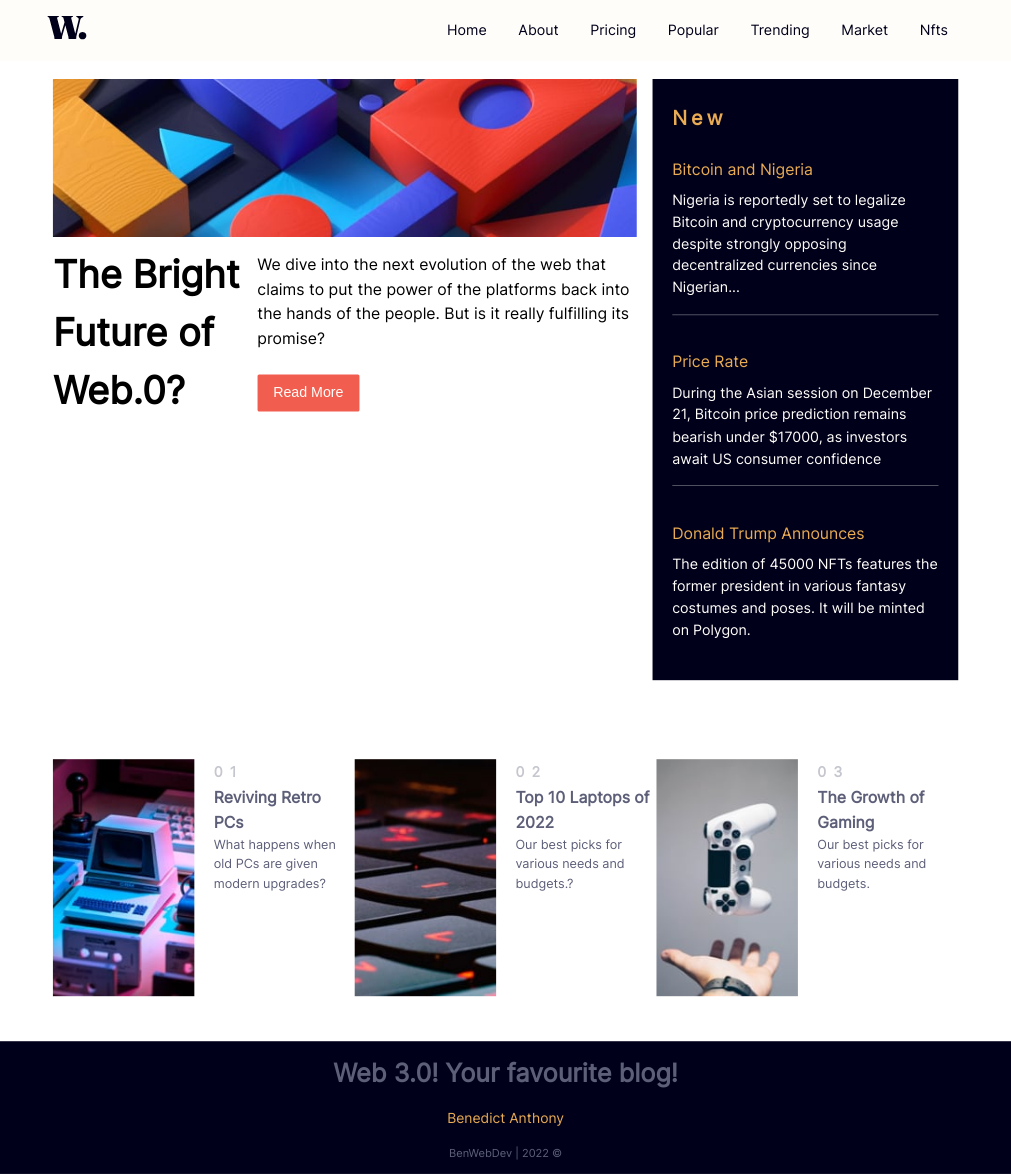
Repository: Benedict-Anthony/web3.0-blog-chain
Page: /
These files come from the project's save history. The page is drawn as it stood at one moment and after the next save; the edit follows.
The browser window is 1280 px wide. The pictures show the whole page, at 79% of full size.
The project was rebuilt for these pictures with package versions that can differ from the ones it lists, and the page was loaded fresh each time. The framework's server and built-in components were replaced by stand-ins that run in the browser. Also part of the build but not shown: next.config.js, styles/styles.css.

Above is the page before, as saved 2022-12-23 01:36:45.

### pages/_app.tsx
import '../styles/globals.scss'
import type { AppProps } from 'next/app'
import NavBar from '../components/NavBar'
import "@/styles/styles.css"
import { Footer } from 'components/Footer'
export default function App({ Component, pageProps }: AppProps) {
  return (
    <>
      <NavBar />
      <Component {...pageProps} />
      <Footer/>
    </>
  )
}

### pages/index.tsx
import Showcase from 'components/Showcase'
import Features from 'components/Features'
import Head from 'next/head'
import Image from 'next/image'
import styles from '../styles/Home.module.scss'
import Layout from 'components/Layout'


export default function Home() {
  return (

      <Layout title='Web 3.0 | Welcome' description='Web 3.0, latest cryptocurrency news and market data' keyword='Blockchain, coins, cryptocurrency, blog, bitcoin'>
        <Showcase/>
        <Features/>
      </Layout>

  )
}

### styles/globals.scss
:root{
  --SoftOrange: hsl(35, 77%, 62%);
  --SoftRed: hsl(5, 85%, 63%);

  --Red: hsl(0, 78%, 62%);
  --Cyan: hsl(180, 62%, 55%);
  --Orange: hsl(34, 97%, 64%);
  --Blue: hsl(212, 86%, 64%);

  --OffWhite: hsl(36, 100%, 99%);
  --GrayishBlue: hsl(233, 8%, 79%);
  --DarkGrayishBlue: hsl(236, 13%, 42%);
  --VeryDarkBlue: hsl(240, 100%, 5%);
}

@font-face{
  font-family: "Inter";
  src: url("/landing/assets/fonts/static/inter-Bold.ttf");
  src: url("/landing/assets/fonts/static/inter-ExtraBold.ttf");
  src: url("/landing/assets/fonts/static/inter-Regular.ttf");
}

*::after, *::before, *{
  padding: 0;
  margin: 0;
  box-sizing: border-box;
  transition: all .3s ease;
  line-height: 1.54em;
}


ul,li{
  list-style: none;
}

html{
  scroll-behavior: smooth;
}

body{
  font-family: "Inter";
}

.swiper {
    overflow: visible;
}

### components/NavBar.tsx
import React, { useEffect } from 'react'
import {useState} from "react"
import Image from 'next/image'
import Link from 'next/link';
import NavBarStyles from "@/styles/navBar.module.scss";
import { useRouter } from 'next/router';

const NavBar = () => {
  const [mobileActive, setMobileActive] = useState(false)
  const route = useRouter()

  useEffect(() => {
    setMobileActive(false)
  }, [route.pathname])
  return (

        <header className={NavBarStyles.header}>
          <nav className={NavBarStyles.nav}>
               <div className="logo">
                <Image src="/landing/assets/images/logo.svg" alt="" width={50} height={30} />
              </div>

              <ul style={{
                right: mobileActive ? "0" : "calc(100vw + 50px)"
              }}>
                  <li><Link href={"/"}>Home</Link></li>
                  <li><Link href={"/about"}>About</Link></li>
                  <li><Link href={"/pricing"}>Pricing</Link></li>
                  <li><Link href={"/popular"}>Popular</Link></li>
                  <li><Link href={"/trending"}>Trending</Link></li>
                  <li><Link href={"/market"}>Market</Link></li>
                  <li><Link href={"/nft"}>Nfts</Link></li>

              </ul>

                  <div className={NavBarStyles.toggler} onClick={() => setMobileActive(!mobileActive)}>
                      <Image src={`/landing/assets/images/${mobileActive ? "icon-menu-close.svg" : "icon-menu.svg"}`} alt="" width={25} height={20} />
            </div>

         </nav>
    </header>

  )
}

export default NavBar

### components/Footer.tsx
import React from 'react'
import Footerstyles from "@/styles/Footer.module.scss"
export const Footer = () => {
    const year = new Date().getFullYear()
  return (
    <footer className={Footerstyles.footer}>
        <h3>Web 3.0! Your favourite blog!</h3>
          <p>Benedict Anthony</p>
          <div>BenWebDev | { year} &copy;</div>
    </footer>
  )
}

### components/Showcase.tsx
import React from 'react'
import Image from 'next/image';
import ShowCaseStyles from "@/styles/showcase.module.scss"
import UtilsStyles from "@/styles/Utils.module.scss";
import Button from './Button';
import Link from 'next/link';


const Showcase = () => {
  return (
    <section>
          <div className={ShowCaseStyles.showcase}>
              <main className={ShowCaseStyles.main}>
                  <div className={ShowCaseStyles.showcaseImage}>
                      {/* <img src={} alt=""  /> */}
                  </div>
                  <article className={ShowCaseStyles.article}>
                      <h1>The Bright <br /> Future of <br /> Web.0?</h1>
                      <div>
                          <p>  We dive into the next evolution of the web that claims to put the power of the platforms back into the hands of the people.
                But is it really fulfilling its promise?</p>
                  <Link href={"/trending"}>
                      <Button title={"Read more"} />
                  </Link>
                      </div>
                  </article>
              </main>
              <aside className={ShowCaseStyles.aside}>
                  <h3>New</h3>

                  <div>
                      <article>
                        <h2>Bitcoin and Nigeria</h2>
                        <p>Nigeria is reportedly set to legalize Bitcoin and cryptocurrency usage despite strongly opposing decentralized currencies since Nigerian...</p>
                      </article>

                      <article>
                        <h2>Price Rate</h2>
                        <p>During the Asian session on December 21, Bitcoin price prediction remains bearish under $17000, as investors await US consumer confidence</p>
                      </article>

                      <article>
                        <h2>Donald Trump Announces </h2>
                        <p> The edition of 45000 NFTs features the former president in various fantasy costumes and poses. It will be minted on Polygon.</p>
                    </article>
                  </div>
              </aside>
          </div>
    </section>
  )
}

export default Showcase

### components/Features.tsx
import React from 'react'
import UtilsStyles from "@/styles/Utils.module.scss";
import FeatureStyles from "@/styles/Feature.module.scss"
import Image from 'next/image';

const Features = () => {
  return (
      <section className={UtilsStyles.spaceY}>
          <div className={FeatureStyles.features}>
              <article className={FeatureStyles.article}>
                  <div>
                    <Image width={300} height={300} objectFit="cover" src="/landing/assets/images/image-retro-pcs.jpg" alt="" />
                  </div>
                  <div>
                      <h4>01</h4>
                      <h2>Reviving Retro PCs</h2>
                      <p>What happens when old PCs are given modern upgrades?</p>
                  </div>
              </article>

              <article className={FeatureStyles.article}>
                  <div>
                    <Image width={300} height={300} objectFit="cover" src="/landing/assets/images/image-top-laptops.jpg" alt="" />
                  </div>
                  <div>
                      <h4>02</h4>
                      <h2>Top 10 Laptops of 2022</h2>
                      <p>Our best picks for various needs and budgets.?</p>
                  </div>
              </article >

              <article className={FeatureStyles.article}>
                  <div>
                    <Image width={300} height={300} objectFit="cover" src="/landing/assets/images/image-gaming-growth.jpg" alt="" />
                  </div>
                  <div>
                      <h4>03</h4>
                      <h2>The Growth of Gaming</h2>
                      <p>Our best picks for various needs and budgets.</p>
                  </div>
              </article>
          </div>
      </section>
  )
}

export default Features

### components/Layout.tsx
import React, { FC } from 'react'
import UtilsStyles from "@/styles/Utils.module.scss";
import {ReactNode} from "react"
import  Head  from 'next/head';

type layoutProps = {
  children: ReactNode,
  title: string
  description: string
  keyword: string
}
const Layout = ({children, title, description, keyword}:layoutProps) => {
  return (
    <>

      <Head>
        <title>{title}</title>
        <meta name='description' content={description} />
        <meta name='keywords' content={keyword} />
    </Head>
    <main className={UtilsStyles.container}>
      <section className={UtilsStyles.spaceY}>
        {children}
      </section>
      </main>
    </>
  )
}

export default Layout

### styles/navBar.module.scss
.header{
    position: fixed;
    top: 0;
    right: 0;
    left: 0;
    // max-width: 1160px;
    margin: 0 auto;
    padding: 20px;
     background-color: var(--OffWhite);
     z-index:10;
    //  box-shadow:  2px 1px 3px var(--DarkGrayishBlue);
}

.nav{
    display: flex;
    justify-content: space-between;
    align-items: center;
     max-width: 1160px;
    margin: 0 auto;

    .logo{
        width: 50px;
    }

    ul{
        display: flex;
        align-items: center;
        justify-content: space-between;

        li{
            margin: 0 20px;

            a{
                text-decoration: none;
                font-size: 18px;
                color: var(--VeryDarkBlue);
                font-family: "Inter";
                font-weight: 400;
                &:hover{
                    color: var(--SoftRed);
                    cursor: pointer;
                }
            }
        }
    }

    @media(max-width:767px) {
        ul{
            position: absolute;
            top: 0;
            width: 80%;
            background-color: var(--OffWhite);
            box-shadow: 2px 2px 3px var(--DarkGrayishBlue);
            height: 100vh;
            flex-flow: column;
            justify-content: center;
            align-items: flex-start;
            padding-left: 10px;

            li{
                margin: 20px 0;

                a{
                    font-size: 22px;
                }
            }

        }


    }
}



.toggler{
        display: none;


        @media(max-width:767px) {
            display: block;
            z-index: 10;
        }
    }

### styles/Footer.module.scss
.footer{
    display: flex;
    align-items: center;
    justify-content: center;
    flex-direction: column;
    gap: 20px;
    padding: 15px 5px;
    color: var(--DarkGrayishBlue);
    background-color: var(--VeryDarkBlue);
    margin-top: 30px;
    text-align: center;

    h3{
        // color:var(--Blue);
        font-size: 2rem;
    }
    p{
        color: var(--SoftOrange);
        font-size: 1.1rem;
    }

    div{
        // color: var(--SoftOrange);
        font-size: 14px;
    }
}

### styles/showcase.module.scss
.showcase{
    margin-top: 20px;
    display: flex;
    align-items: flex-start;
    justify-content: center;
    column-gap: 20px;


    @media(max-width:1160px){
        flex-direction: column;
    }
}

.main{
    display: flex;
    flex-flow: column;
    justify-content: center;
    align-items: flex-start;
    gap: 10px;
    width: 100%;


}

.showcaseImage{
    width: 100%;
    min-height: 200px;
    background:url("/landing/assets/images/image-web-3-mobile.jpg") no-repeat center/cover;

    img{
        width: 100%;
    }
}

.article{
    display: flex;
    align-items: center;
    justify-content: space-between;
    width: 100%;
    gap: 20px;
    h1{
        font-size: 3rem;
        font-weight: 700;
        width: 100%;
    }

    div{
        display: flex;
        flex-flow: column;
        justify-content: center;
        align-items: flex-start;
        gap: 20px;

        p{
            font-size: 20px;
        }

    }

       @media(max-width:767px){
        flex-direction: column;
        justify-content: center;
        align-items: center;

        padding-bottom: 40px;

        h1{
            font-size: 3rem;
        }
    }
}

.aside{
    width: 50%;
    background-color: var(--VeryDarkBlue);
    padding: 10px 25px;
    color: var(--OffWhite);

    h3{
        color: var(--SoftOrange);
        padding: 20px 0;
        letter-spacing: 5px;
        font-size: 25px;
    }

    div{
        display: flex;
        align-items: flex-start;
        justify-content: space-between;
        flex-direction: column;
        gap: 15px;
        position: relative;

        article{
            margin-bottom: 40px;
            position: relative;

            &::after{
                content: "";
                width: 100%;
                height:.4px;
                margin-top: 2px;
                background-color: var(--OffWhite);
                position: absolute;
                bottom: -20px;
                opacity: .4;
            }

            &:last-child::after{
                display:none;
            }

            h2{
                font-size: 20px;
                padding: 10px 0;
                font-weight: 400;
                color: var(--SoftOrange);
                &:hover{
                    cursor: pointer;
                }
            }

            p{
                font-size: 18px;

            }
        }


    }


    @media(max-width:1160px){
        width: 100%;
        div{
            flex-direction: row;
            gap:0;
            column-gap: 30px;

            article{
                  &::after{
                display: none;
            }
                h2{
                    color:var(--SoftOrange);
                }
            }
        }
    }

    @media(max-width:767px){
        width: 100%;
        div{
            flex-direction: column;
            gap:0;
            column-gap: 30px;

            article{
                  &::after{
               display: block;
            }
                h2{

                    color:var(--SoftOrange);
                    // white-space: nowrap;
                }
            }
        }
    }


}

### components/Button.tsx
import React from 'react'
import ButtonbStyles from "@/styles/Button.module.scss"
type ButtonProps = {
    title:string
}
const Button = ({title}: ButtonProps) => {
  return (
    <button className={ButtonbStyles.button}>
      {title}
    </button>
  )
}

export default Button

### styles/Utils.module.scss
.container{
    max-width: 1160px;
    margin: 0 auto;
    overflow:hidden;
    padding: 0 7px;
}

.spaceY{
    padding-top: 2.5rem;
    margin-top: 2.5rem;
}

### styles/Feature.module.scss
.features{
    display: grid;
    grid-template-columns: repeat(auto-fit, minmax(20rem, 1fr));
    justify-content: space-between;
    align-items: center;
}

.article{
    display: flex;
    align-items: flex-start;
    justify-content: center;
    gap: 25px;
    margin:20px 0;
    width: 100%;

    div{
        width: 100%;
        img{
            width: 100%;
            object-fit:cover;
        }
    }

    div{

        h4{
            font-size: 18px;
            color: var(--GrayishBlue);
            padding: 3px 0;
            letter-spacing: .5em;
        }

        h2{
            color: var(--DarkGrayishBlue);
            font-size: 20px;
            font-weight: 600;
        }

        p{
            font-size: 16px;
            color: var(--DarkGrayishBlue);

        }
    }
}

### styles/Button.module.scss
.button{
    display: inline-block;
    color: var(--OffWhite);
    padding: 10px 20px;
    border: 0;
    background-color: var(--SoftRed);
    margin-top: 10px;
    font-size: 18px;
    border-radius: 2px;
    text-transform: capitalize;

    &:hover{
        cursor: pointer;
        background-color: var(--VeryDarkBlue);
    }
}

After the next save:
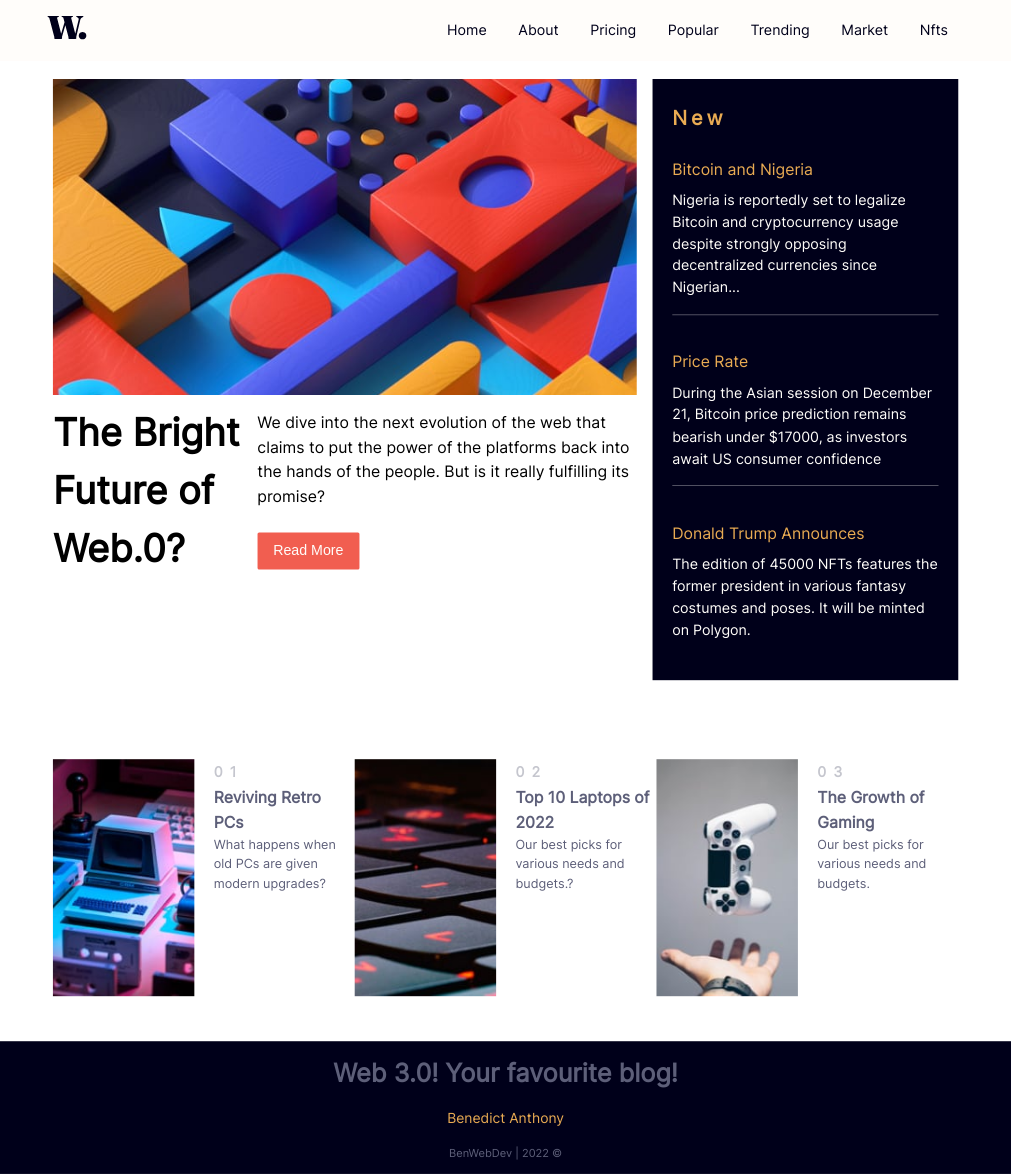
Saved 19 s later.
--- a/styles/showcase.module.scss
+++ b/styles/showcase.module.scss
@@ -24,7 +24,7 @@
 
 .showcaseImage{
     width: 100%;
-    min-height: 200px;
+    min-height: 400px;
     background:url("/landing/assets/images/image-web-3-mobile.jpg") no-repeat center/cover;
 
     img{
